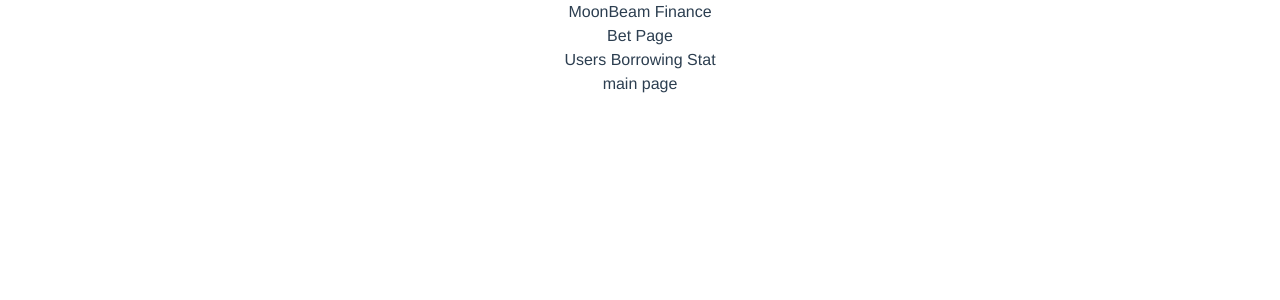
Repository: chinkauchenna2021/baseFinance
Page: /
The author's editor kept a copy of each file at every save. The page is drawn from the files as they stood at one save, then again after the next save.
The browser window is 1280 px wide. The pictures show the whole page.
The project was rebuilt for these pictures with package versions that can differ from the ones it lists, and the page was loaded fresh each time. Also part of the build but not shown: vue.config.js.

Above is the page before, as saved 2023-07-03 06:58:59.

### src/main.js
import { createApp } from 'vue'
import App from './App.vue'
import './registerServiceWorker'
import './index.css'
import router from './router'

createApp(App).use(router).mount('#app')

### src/App.vue
<template>
  <nav>
    <!-- <router-link to="/">Home</router-link> |
    <router-link to="/about">About</router-link> -->
  </nav>
  <router-view/>
</template>

<style>
#app {
  font-family: Avenir, Helvetica, Arial, sans-serif;
  -webkit-font-smoothing: antialiased;
  -moz-osx-font-smoothing: grayscale;
  text-align: center;
  color: #2c3e50;
}

nav a {
  font-weight: bold;
  color: #2c3e50;
}

nav a.router-link-exact-active {
  color: #42b983;
}
</style>

### src/router/index.js
import { createRouter, createWebHistory } from 'vue-router'
// import HomeView from '../views/HomeView.vue'
import Home from '../views/components/pages/mainpages/Home.vue';

const routes = [
  {
    path: '/',
    name: 'Home',
    component: Home
  },
  {
    path: '/about',
    name: 'about',
    // route level code-splitting
    // this generates a separate chunk (about.[hash].js) for this route
    // which is lazy-loaded when the route is visited.
    component: () => import(/* webpackChunkName: "about" */ '../views/AboutView.vue')
  }
]

const router = createRouter({
  history: createWebHistory(process.env.BASE_URL),
  routes
})

export default router

### src/views/components/pages/mainpages/Home.vue
<template>
   <MainLayout>
       <div>main page</div>
   </MainLayout>
</template>

<script>
import MainLayout from '../layouts/MainLayout.vue'
export default {
    name:"Home",
  components:{
     MainLayout
  }


}
</script>

<style>

</style>

### src/views/components/pages/layouts/MainLayout.vue
<template>
  <div class="w-full flex justify-center items-center">
    <div class="w-11/12 lg:w-7/12">
       <Header />
        <div >
            <slot></slot>
        </div>
       <Footer />
    </div>
  </div>

</template>

<script>
import Header from './Header.vue';
import Footer from './Footer.vue';
export default {
    name:"MainLayout",
    components:{
        Header,
        Footer,
    },
    data(){
        return{

        }
    }
}
</script>

<style>

</style>

### src/views/components/pages/layouts/Header.vue
<template>
      <div class="w-full flex justify-between items-center h-14 border-b border-b-slate-100 " >
         <div class="w-fit h-fit">
            <div class="text-sm font-bold text-blue-700/50">MoonBeam Finance</div>
         </div>
         <div class="w-fit flex justify-between items-center lg:w-3/12">
            <div class="text-sm w-fit">Bet Page</div>
            <div class="text-sm w-fit">Users Borrowing Stat</div>
         </div>
    </div>
</template>

<script>
export default {
  name:"Header",
}
</script>

<style>

</style>

### src/views/components/pages/layouts/Footer.vue
<template>

</template>

<script>
export default {
    name:"Footer",

}
</script>

<style>

</style>

Loaded but not shown: public/index.html (common file); src/registerServiceWorker.js (common file); src/index.css (common file)

After the next save:
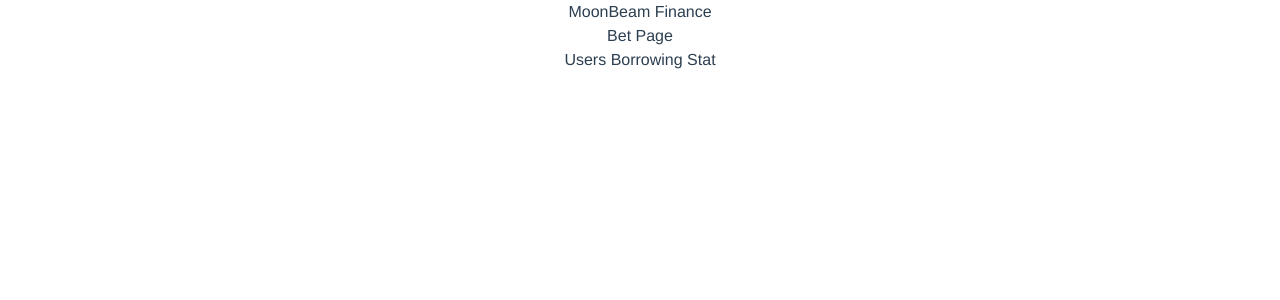
Saved 50 s later.
--- a/src/views/components/pages/mainpages/Home.vue
+++ b/src/views/components/pages/mainpages/Home.vue
@@ -1,6 +1,6 @@
 <template>
    <MainLayout>
-       <div>main page</div>
+
    </MainLayout>
 </template>
 
